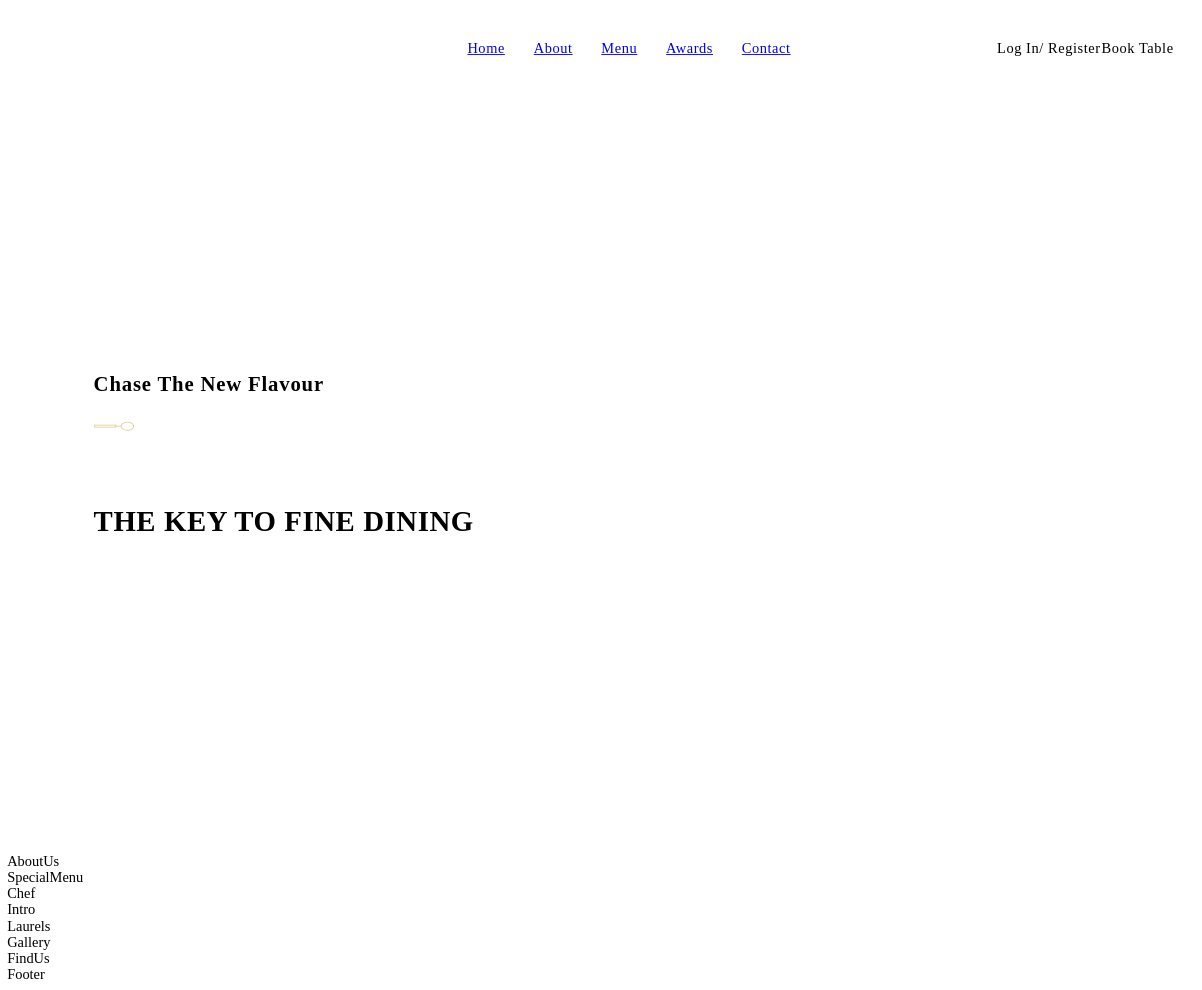
Repository: remydev47/restaurant
Page: /
An editor plug-in stored every save of this project. The page is shown before and after the next save, followed by the edit.
The browser window is 1280 px wide. The page is 1336 px wide, so the pictures cover 1336 px, including what lies to the right of the window. The pictures show the whole page, at 90% of full size.
The project was rebuilt for these pictures with package versions that can differ from the ones it lists, and the page was loaded fresh each time. Also part of the build but not shown: src/container/AboutUs/AboutUs.css, src/container/Chef/Chef.css, src/components/Footer/Newsletter.jsx, src/components/Footer/FooterOverlay.jsx, src/components/Menuitem/MenuItem.css, src/components/Menuitem/MenuItem.jsx, src/container/Menu/SpecialMenu.css. Imported but missing from the stored project, and not drawn on this page: src/assets/meal.mp4.

Above is the page before, as saved 2022-03-15 12:59:22.

### public/index.html
<!DOCTYPE html>
<html lang="en">
  <head>
    <meta charset="utf-8" />
    <link rel="icon" href="%PUBLIC_URL%/favicon.ico" />
    <meta name="viewport" content="width=device-width, initial-scale=1" />
    <meta name="theme-color" content="#000000" />
    <meta name="description"content="Web site created using create-react-app"/>
    <link rel="apple-touch-icon" href="%PUBLIC_URL%/logo192.png" />
    <link rel="manifest" href="%PUBLIC_URL%/manifest.json" />
    <title>Gerich Resturant</title>
  </head>
  <body>
    <noscript>You need to enable JavaScript to run this app.</noscript>
    <div id="root"></div>
</html>

### src/App.js
import React from 'react';

import { AboutUs, Chef, FindUs, Footer, Gallery, Header, Intro, Laurels, SpecialMenu } from './container';
import { Navbar } from './components';
import './App.css';

const App = () => (
  <div>
    <Navbar />
    <Header />
    <AboutUs />
    <SpecialMenu />
    <Chef />
    <Intro />
    <Laurels />
    <Gallery />
    <FindUs />
    <Footer />
  </div>
);

export default App;

### src/container/Header/Header.jsx
import React from 'react';
import { SubHeading } from '../../components';

import { images } from "../../constants"
import './Header.css';

const Header = () => (
  <div className="app__header app__wrapper section__padding" id="home">
    <div className="app__wrapper_info">
      <SubHeading title="Chase The New Flavour" />
      <h1 className="app__header-h1">The Key To Fine Dining</h1>
    </div>
    <div className="app__wrapper_img"></div>
  </div>
);

export default Header;

### src/components/SubHeading/SubHeading.jsx
import React from 'react';
import { images } from '../../constants';


const SubHeading = ({ title }) => (
  <div style={{ marginBottom: "1rem"}}>
    <p className='p__cormorant'>{title}</p>
    <img src={images.spoon} alt="spoon" className="spoon__img" />
  </div>
);

export default SubHeading;

### src/components/Navbar/Navbar.jsx
import React, {useState} from 'react';
import { GiHamburgerMenu } from 'react-icons/gi';
import { MdOutlineRestaurantMenu } from 'react-icons/md';

import images from '../../constants/images';
import './Navbar.css';

const Navbar = () => {
  const [toggleMenu, setToggleMenu] = useState(false)
  return(
  <nav className="app__navbar">
    <div className="app__navbar-logo">
     <img src={images.gericht} alt="app logo"/>
    </div>
    <ul className="app__navbar-links">
      <li className="p__opensans"><a href="#home">Home</a></li>
      <li className="p__opensans"><a href="#about">About</a></li>
      <li className="p__opensans"><a href="#menu">Menu</a></li>
      <li className="p__opensans"><a href="#awards">Awards</a></li>
      <li className="p__opensans"><a href="#contact">Contact</a></li>
    </ul>
    <div className="app__navbar-login">
      <a href="#login" className="p__opensans">Log in/ Register</a>
    <div/>
      <a href="/" className="p__opensans">Book Table</a>
    </div>
    <div className="app__navbar-smallscreen">
      <GiHamburgerMenu color="#fff" fontsize={27} onClick={() => setToggleMenu(true)} />

      {toggleMenu && (


      <div className="app__navbar-smallscreen_overlay flex__center slide-bottom">
        <MdOutlineRestaurantMenu fontSize={27} className="overlay__close" onClick={() => setToggleMenu(false)} />
        <ul className="app__navbar-smallscreen_links">
          <li className="p__opensans"><a href="#home">Home</a></li>
          <li className="p__opensans"><a href="#about">About</a></li>
          <li className="p__opensans"><a href="#menu">Menu</a></li>
          <li className="p__opensans"><a href="#awards">Awards</a></li>
          <li className="p__opensans"><a href="#contact">Contact</a></li>
       </ul>
      </div>
       )}
    </div>
  </nav>
  );
};

export default Navbar;

### src/container/Header/Header.css
.app__header {
    background-color: var(--color-black);
}

.app__header-h1 {
    font-family: var(--font-base);
    color: var(--color-golden);
    letter-spacing: 0.04rem;
    text-transform: uppercase;
    line-height: 117px;
}

### src/constants/images.js
import bg from '../assets/bg.png';
import chef from '../assets/chef.png';
import G from '../assets/G.png';
import gallery01 from '../assets/gallery01.png';
import gallery02 from '../assets/gallery02.png';
import gallery03 from '../assets/gallery03.png';
import gallery04 from '../assets/gallery04.png';
import knife from '../assets/knife.png';
import logo from '../assets/logo.png';
import menu from '../assets/menu.png';
import overlaybg from '../assets/overlaybg.png';
import spoon from '../assets/spoon.svg';
import welcome from '../assets/welcome.png';
import findus from '../assets/findus.png';
import laurels from '../assets/laurels.png';
import award01 from '../assets/award01.png';
import award02 from '../assets/award02.png';
import award03 from '../assets/award03.png';
import award05 from '../assets/award05.png';
import sign from '../assets/sign.png';
import quote from '../assets/quote.png';
import gericht from '../assets/gericht.png';

export default {
  bg,
  chef,
  G,
  gallery01,
  gallery02,
  gallery03,
  gallery04,
  knife,
  logo,
  menu,
  overlaybg,
  spoon,
  welcome,
  findus,
  laurels,
  award01,
  award02,
  award03,
  award05,
  sign,
  quote,
  gericht,
};

### src/components/Navbar/Navbar.css
.app__navbar {
   width: 100%;
   display: flex;
   justify-content: space-between;
   align-items: center;
   background: var(--color-black);
   padding: 1rem 2rem;
}

.app__navbar-logo{
    display: flex;
    justify-content: flex-start;
    align-items: center;
}

.app__navbar-logo img{
    width: 150px;
}

.app__navbar-links {
    flex: 1;
    display: flex;
    justify-content: center;
    align-items: center;

    list-style: none;
}

.app__navbar-links li{
    margin: 0 1rem;
    cursor: pointer;
}

.app__navbar-links li:hover {
   color: var(--color-grey);
}

.app__navbar-login {
    display: flex;
    justify-content: flex-end;
    align-items: center;
}
.app__navbar-login a {
    margin: o 1rem;
    text-decoration: none;
    transition: 0.5s  ease;
}

.app__navbar-login a:hover{
    border-bottom: 1px solid var(--color-golden);
}

.app__navbar-login div{
    width: 1px;
    height: 30px;
    background-color: var(--color-grey);
}

.app__navbar-smallscreen{
    display: none;
}

.app__navbar-smallscreen_overlay {
    position: fixed;
    top: 0;
    left: 0;
    width: 100%;
    height: 100vh;
    background-color: var(--color-black);
    transition: 0.5s ease;

    flex-direction: column;
    z-index: 5;
}

.app__navbar-smallscreen_overlay .overlay__close{
    font-size: 27px;
    color: var(--color-golden);
    cursor: pointer;

    position: absolute;
    top: 20px;
    right: 20px;
}

.app__navbar-smallscreen_links{
    list-style: none;
}

.app__navbar-smallscreen_links li {
   margin: 2rem;
   cursor: pointer;
   color: var(--color-golden);
   font-size: 2rem;
   text-align: center;
   font-family: var(--font-base);
}

.app__navbar-smallscreen_links li:hover {
    color: var(--color-white);
}

@media screen and (max-width: 2000px) {
    .app__navbar-logo img{
        width: 210px;
    }
}

@media screen and (max-width: 1150px) {
    .app__navbar-links {
        display: none;
    }

    .app__navbar-smallscreen {
        display: flex;
    }
}

@media screen and (max-width: 650px) {
    .app__navbar {
        padding: 1rem;
    }
    .app__navbar-login {
        display: none;
    }

    .app__navbar-logo img{
        width: 110px;
    }
}

### src/constants/data.js
import images from './images';

const wines = [
  {
    title: 'Chapel Hill Shiraz',
    price: '$56',
    tags: 'AU | Bottle',
  },
  {
    title: 'Catena Malbee',
    price: '$59',
    tags: 'AU | Bottle',
  },
  {
    title: 'La Vieillw Rose',
    price: '$44',
    tags: 'FR | 750 ml',
  },
  {
    title: 'Rhino Pale Ale',
    price: '$31',
    tags: 'CA | 750 ml',
  },
  {
    title: 'Irish Guinness',
    price: '$26',
    tags: 'IE | 750 ml',
  },
];

const cocktails = [
  {
    title: 'Aperol Sprtiz',
    price: '$20',
    tags: 'Aperol | Villa Marchesi prosecco | soda | 30 ml',
  },
  {
    title: "Dark 'N' Stormy",
    price: '$16',
    tags: 'Dark rum | Ginger beer | Slice of lime',
  },
  {
    title: 'Daiquiri',
    price: '$10',
    tags: 'Rum | Citrus juice | Sugar',
  },
  {
    title: 'Old Fashioned',
    price: '$31',
    tags: 'Bourbon | Brown sugar | Angostura Bitters',
  },
  {
    title: 'Negroni',
    price: '$26',
    tags: 'Gin | Sweet Vermouth | Campari | Orange garnish',
  },
];

const awards = [
  {
    imgUrl: images.award02,
    title: 'Bib Gourmond',
    subtitle: 'Lorem ipsum dolor sit amet, consectetur.',
  },
  {
    imgUrl: images.award01,
    title: 'Rising Star',
    subtitle: 'Lorem ipsum dolor sit amet, consectetur.',
  },
  {
    imgUrl: images.award05,
    title: 'AA Hospitality',
    subtitle: 'Lorem ipsum dolor sit amet, consectetur.',
  },
  {
    imgUrl: images.award03,
    title: 'Outstanding Chef',
    subtitle: 'Lorem ipsum dolor sit amet, consectetur.',
  },
];

export default { wines, cocktails, awards };

Loaded but not shown: src/index.js (common file); src/container/index.js (common file); src/components/index.js (common file); src/App.css (common file); src/container/AboutUs/AboutUs.jsx (common file); src/container/Chef/Chef.jsx (common file); src/container/Findus/FindUs.jsx (common file); src/container/Footer/Footer.jsx (common file); src/container/Gallery/Gallery.jsx (common file); src/container/Intro/Intro.jsx (common file); src/container/Laurels/Laurels.jsx (common file); src/container/Menu/SpecialMenu.jsx (common file); src/constants/index.js (common file); src/components/Footer/FooterOverlay.css (no stored copy; drawn as an empty file); src/components/Footer/Newsletter.css (no stored copy; drawn as an empty file); src/container/Footer/Footer.css (no stored copy; drawn as an empty file); src/container/Gallery/Gallery.css (no stored copy; drawn as an empty file); src/container/Intro/Intro.css (no stored copy; drawn as an empty file); src/container/Laurels/Laurels.css (no stored copy; drawn as an empty file)

After the next save:
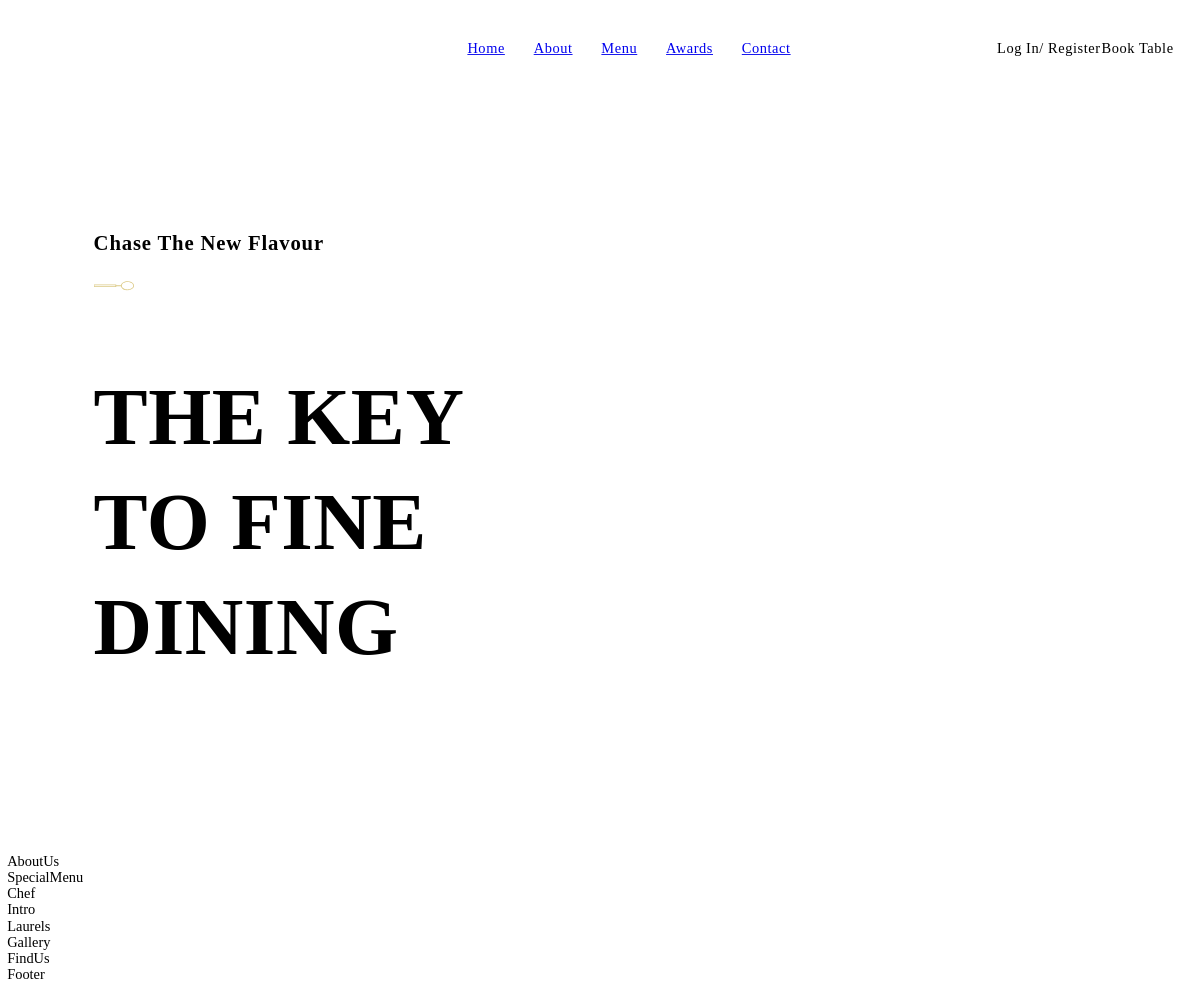
Saved 14 s later.
--- a/src/container/Header/Header.css
+++ b/src/container/Header/Header.css
@@ -8,4 +8,5 @@
     letter-spacing: 0.04rem;
     text-transform: uppercase;
     line-height: 117px;
+    font-size: 90px;
 }
